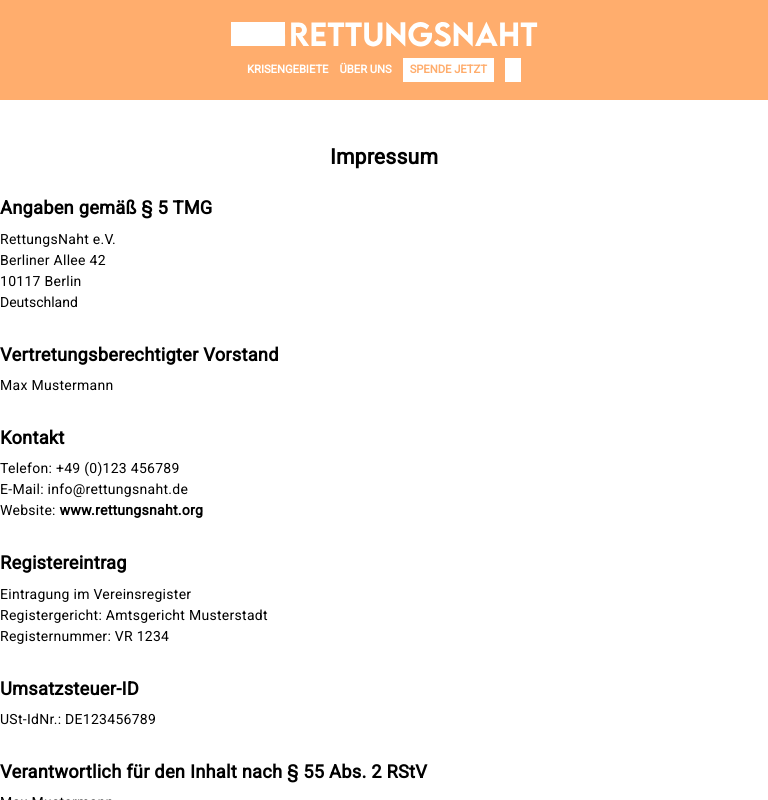
Repository: chriZVee/rettungsnaht
Page: /imprint
The author's editor kept a copy of each file at every save. The page is drawn from the files as they stood at one save, then again after the next save.
The browser window is 768 px wide. The pictures show the whole page.
An inner scrolling area shows only its first screen. The project was rebuilt for these pictures with package versions that can differ from the ones it lists, and the page was loaded fresh each time. Also part of the build but not shown: vite.config.js, src/index.css, src/styles/hero.css, src/components/Hero.jsx, src/styles/form.css, src/components/form/AreaSelection.jsx, src/components/form/ContactData.jsx, src/components/form/DonationMethod.jsx and 17 more.

Above is the page before, as saved 2025-04-17 13:26:30.

After the next save:
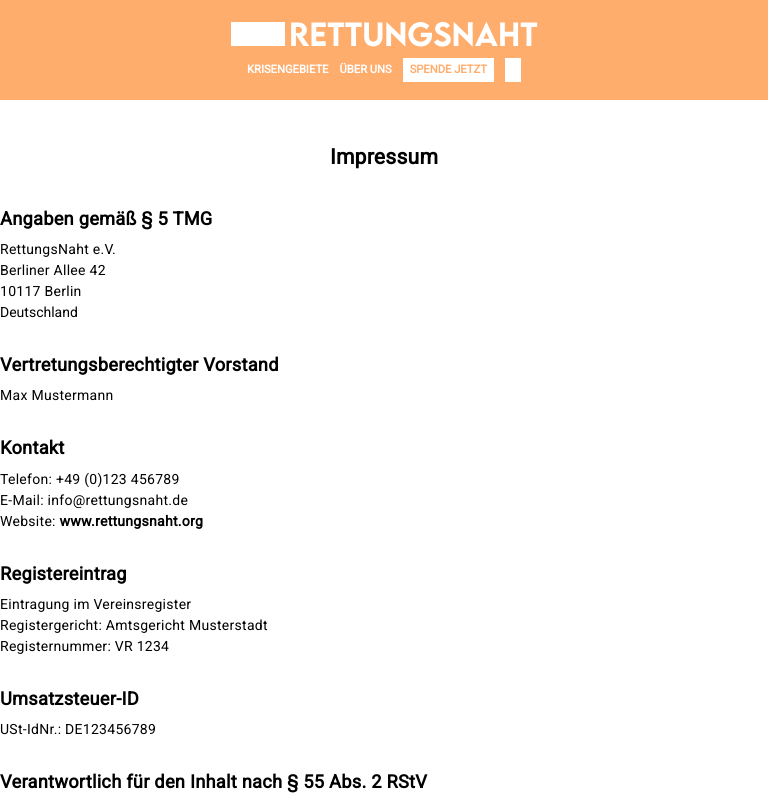
Saved 11 min 39 s later.
--- a/src/styles/global.css
+++ b/src/styles/global.css
@@ -76,7 +76,7 @@ h1,
 @media (max-width: 768px) {
   h1,
   .page-title {
-    padding-bottom: 1em;
+    padding-bottom: 1.5em;
     font-size: var(--font-ml);
   }
 }
